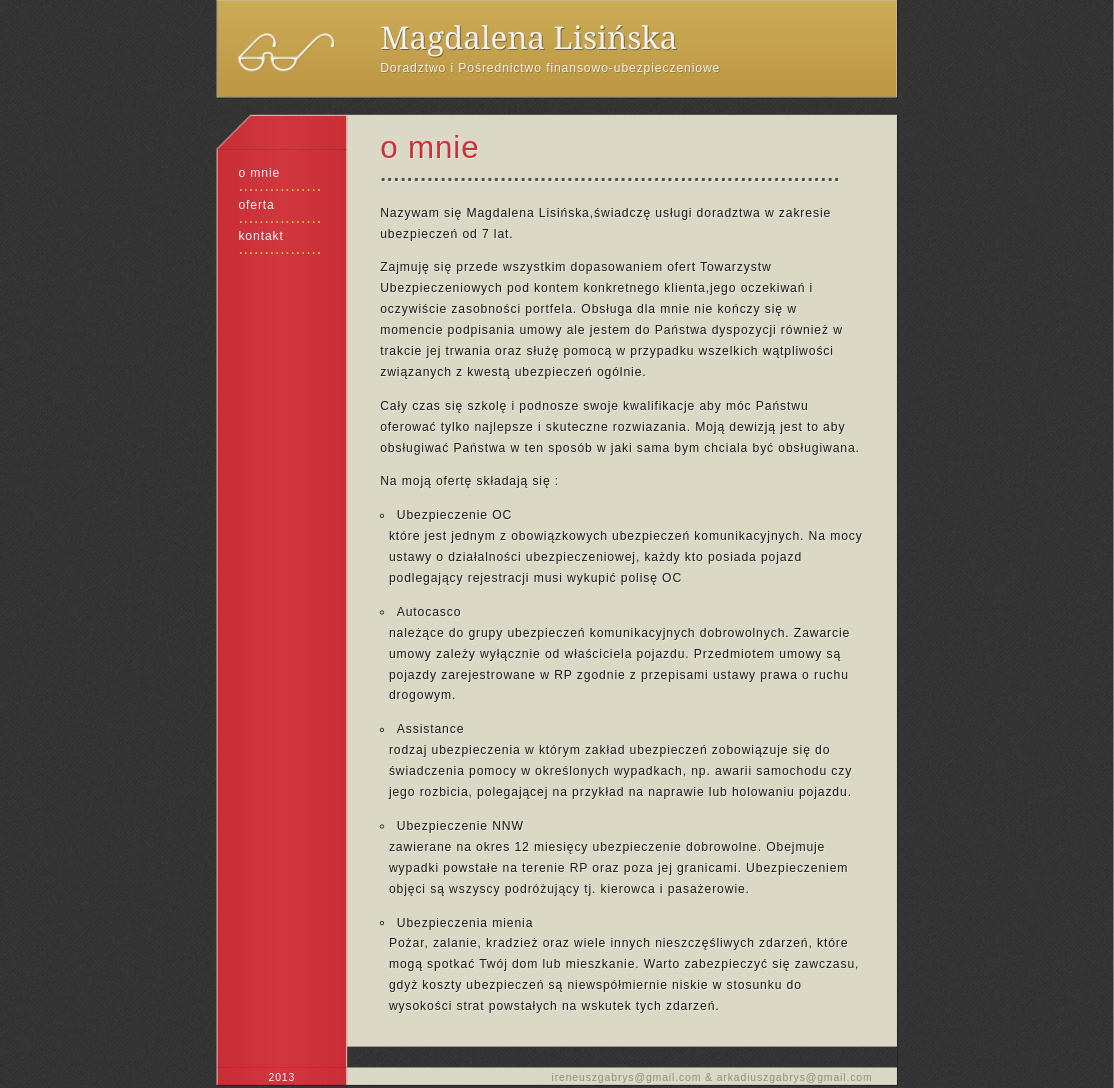
Repository: gabr/php_elicpse_workspace
Page: Magda Lisinska/index.html
These files come from the project's save history. The page is drawn as it stood at one moment and after the next save; the edit follows.
The browser window is 1280 px wide. The pictures show the whole page, at 87% of full size.

Above is the page before, as saved 2013-03-08 13:42:38.

After the next save:
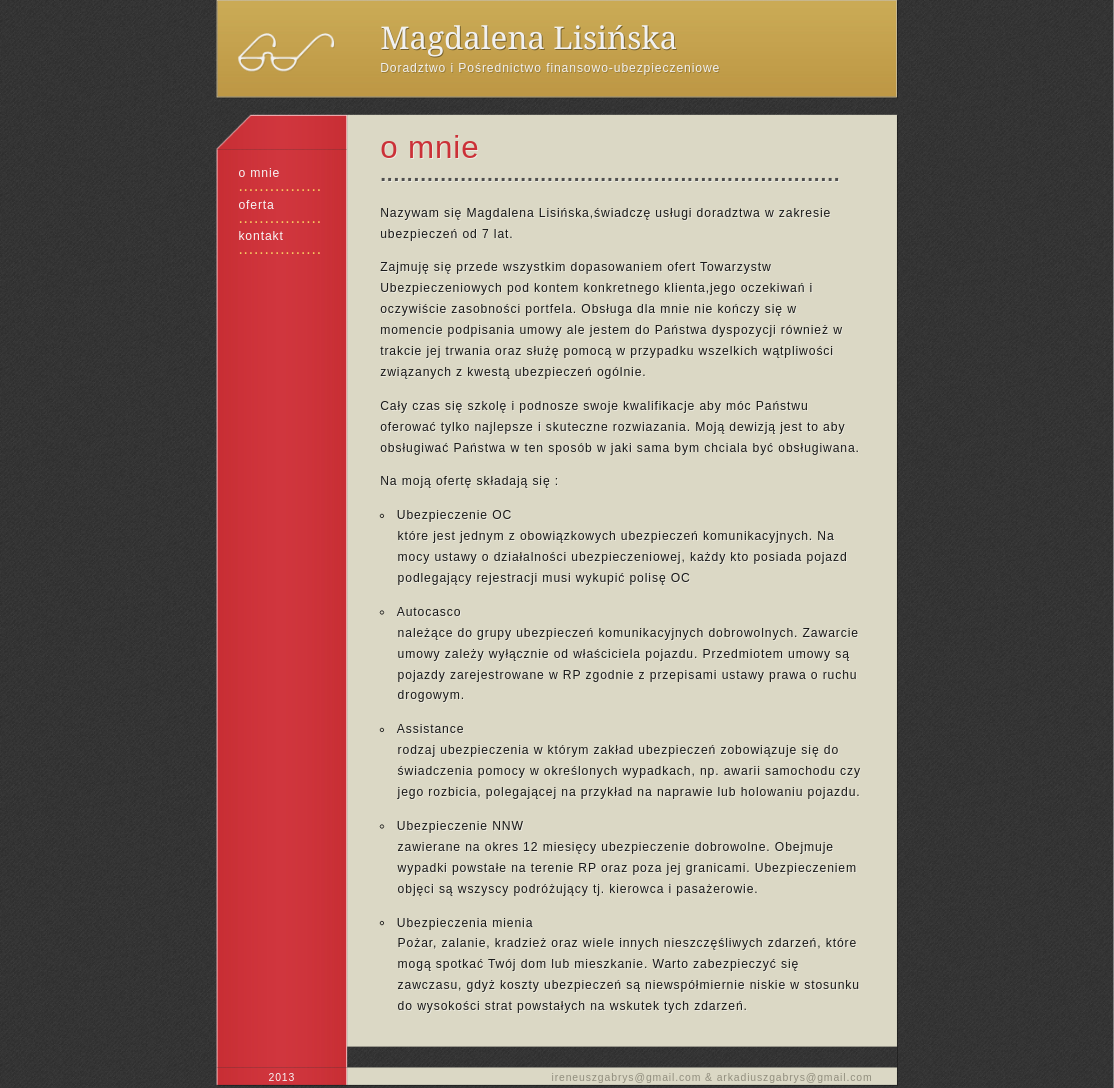
Saved 6 s later.
--- a/Magda Lisinska/css/style.css
+++ b/Magda Lisinska/css/style.css
@@ -179,7 +179,7 @@ img {
 }
 
 #content ul li p {
-  margin-left: 10px;
+  margin-left: 20px;
 }
 
 #content iframe {
